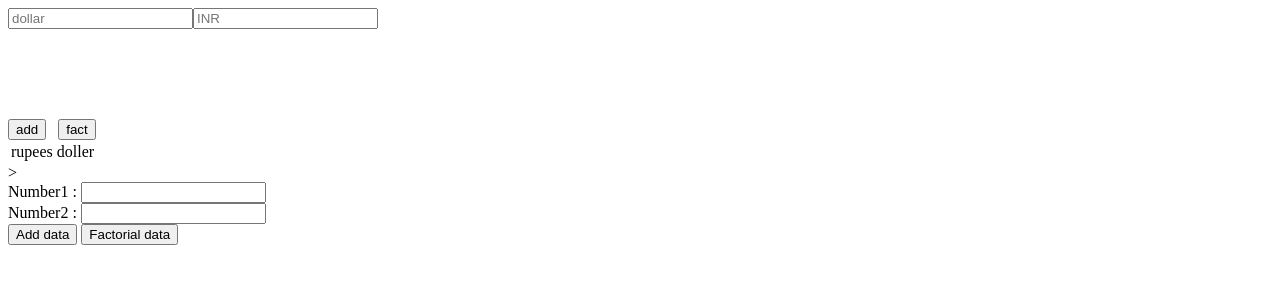
Repository: ravikumar0303/Advance-Java
Page: Factorial/src/main/webapp/factorial.html
These files come from the project's save history. The page is drawn as it stood at one moment and after the next save; the edit follows.
The browser window is 1280 px wide. The pictures show the whole page.

Above is the page before, as saved 2023-06-21 03:50:51.

After the next save:
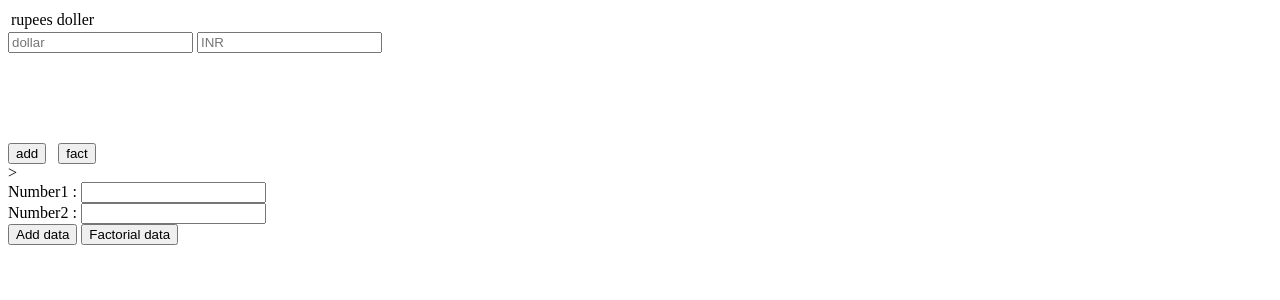
Saved 2 min 5 s later.
--- a/Factorial/src/main/webapp/factorial.html
+++ b/Factorial/src/main/webapp/factorial.html
@@ -7,14 +7,14 @@
 <body>
 <form action="cal" method="get">
 <table>
-<tr><td>rupees</td><td>doller</td></tr>
+<tr><td>rupees</td><td>doller</td></tr></table>
  <input type="text" name="dollar" id="d1" placeholder="dollar"></input>
  <input type="text" name="inr" id="i1" placeholder="INR"></input>
   <br></br>  <br></br>  <br></br>
 <button type="submit" id="dollar" name="btn" value="add">add</button>
  &nbsp;
 <button type="submit" id="inr" name="btn" value="factorial">fact</button>
-</table>
+
 </form>>
 </body>
 </html>
